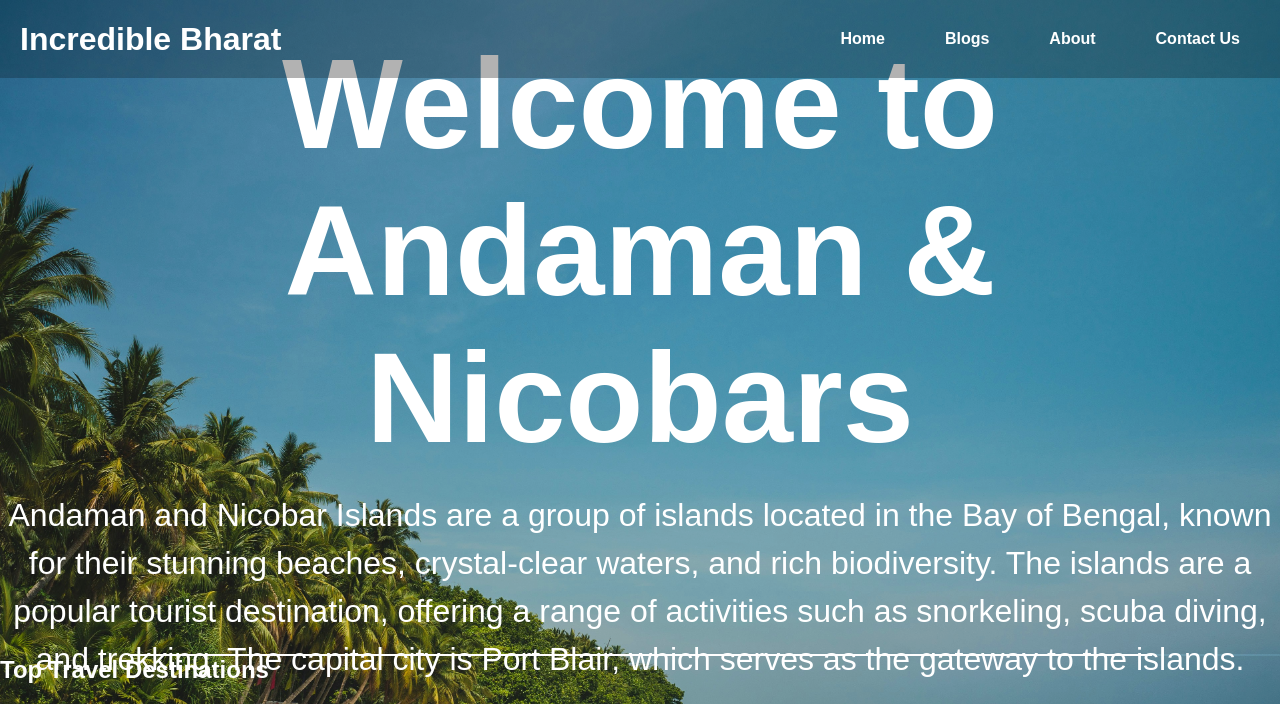
Repository: jaidhiman111/incrediblebharat
Page: destinations/Andaman-Nicobar/Andaman&Nicobar.html
An editor plug-in stored every save of this project. The page is shown before and after the next save, followed by the edit.
The browser window is 1280 px wide. The pictures show the part of the page from y = 0 to 704 px (the page is 1110 px tall before and 1162 px after).
A picture or video elsewhere on the page could not be fetched, so the positions and the page height are approximate.

Above is the page before, as saved 2025-05-01 21:43:42.

### destinations/Andaman-Nicobar/Andaman&Nicobar.html
<!DOCTYPE html>
<html lang="en">

<head>
    <meta charset="UTF-8">
    <link rel="stylesheet" href="/assets/style.css">
    <meta name="viewport" content="width=device-width, initial-scale=1.0">
    <title>Document</title>
</head>

<body class="andaman-nicobar">
    <!-- This is the header of the page. -->
    <header class="header">
        <div class="logo">
            <h1>Incredible Bharat</h1>
        </div>
        <div class="nav">
            <nav>
                <ul>
                    <li>
                        <a href="/index.html">Home</a>
                        <a href="#">Blogs</a>
                        <a href="#">About</a>
                        <a href="#">Contact Us</a>
                    </li>
                </ul>
            </nav>
        </div>
    </header>
    <!-- This is the main content of the page. -->
    <main class="main-container">
        <section class="hero-section">
            <h2>Welcome to Andaman & Nicobars</h2>
            <p>Andaman and Nicobar Islands are a group of islands located in the Bay of Bengal, known for their stunning
                beaches, crystal-clear waters, and rich biodiversity. The islands are a popular tourist destination,
                offering a range of activities such as snorkeling, scuba diving, and trekking. The capital city is Port
                Blair, which serves as the gateway to the islands.</p>
        </section>
        <hr>
        <section id="travel-slider">
            <h2>Top Travel Destinations</h2>
            <div class="slider-container">
              <button class="slide-btn left" onclick="slideLeft('travel')">&#10094;</button>

              <div class="slider" id="travel-slider-track">
                <div class="slide">
                  <img src="images/radhanagar.jpg" alt="Radhanagar Beach">
                  <h3>Radhanagar Beach</h3>
                  <p>One of Asia's best beaches with powdery white sand and turquoise waters.</p>
                </div>
                <div class="slide">
                  <img src="images/cellular-jail.jpg" alt="Cellular Jail">
                  <h3>Cellular Jail</h3>
                  <p>Historical monument with a light & sound show on India's freedom struggle.</p>
                </div>
                <div class="slide">
                  <img src="images/elephant-beach.jpg" alt="Elephant Beach">
                  <h3>Elephant Beach</h3>
                  <p>Snorkeling and water activities paradise on Havelock Island.</p>
                </div>
                <!-- Add more slides here -->
              </div>

              <button class="slide-btn right" onclick="slideRight('travel')">&#10095;</button>
            </div>
          </section>
    </main>
    <!-- This is the footer of the page. -->
    <footer class="footer">
        <div>
            <p>&copy; 2023 Incredible Bharat. All rights reserved.</p>
        </div>
        <div>
            <p>Follow us on:
                <a href="#">Facebook</a> |
                <a href="#">Twitter</a> |
                <a href="#">Instagram</a>
        </div>
    </footer>
</body>

</html>

### assets/style.css
* {
    box-sizing: border-box;
    margin: 0;
    padding: 0;
}

.home {
    font-family: Arial, sans-serif;
    background-image: url('/media/bg-cover.jpg');
    background-size: cover;
    background-repeat: no-repeat;
    background-position: center;
    color: #fff;
}

.andaman-nicobar {
    font-family: Arial, sans-serif;
    background-image: url('/media/andaman.jpg');
    background-size: cover;
    background-repeat: no-repeat;
    background-position: center;
    color: #fff;
}


/* This is for header */
.header {
    background-color: rgba(0, 0, 0, 0.3);
    display: flex;
    justify-content: space-between;
    align-items: center;
    padding: 20px;
    position: sticky;
    top: 0;
    text-align: center;
}

li {
    list-style: none;
    display: flex;
    gap: 20px;
}

li a {
    padding: 10px 20px;
    border-radius: 5px;
    text-decoration: none;
    color: #fff;
    font-weight: bold;
}

li a:hover {
    color: #fff;
    transform: scale(1.1);}

/* This is for section */
section{
    background-color: rgba(0, 0, 0, 0.1);
}

.hero-section {
    display: flex;
    flex-direction: column;    /* stack items vertically */
    justify-content: center;   /* center vertically */
    align-items: center;       /* center horizontally */
    height: 80vh;
    text-align: center;
}

.hero-section h2 {
    font-size: 8rem;
    margin-bottom: 20px;
}

.hero-section p{
    font-size: 2rem;
    margin-bottom: 20px;
    max-width: 100rem;         /* limit the width of the paragraph */
    line-height: 1.5;        /* improve readability */
}

.hero-section a {
    text-decoration: none;
    color: #fff;
    font-size: 1.5rem;
    margin-bottom: 20px;
}

.hero-section a:hover {
    color: #fff;
    text-decoration: underline;
    transform: scale(1.1);
    transition: transform 0.3s ease-in-out;
}

hr {
    width: 80%;
    margin:  auto;
    border: 1px solid #fff;
}

.state-section {
    display: flex;
    flex-direction: column;    /* stack items vertically */
    justify-content: center;
    align-items: center;
    height: 80vh;
    text-align: center;
}

.state-section h2 {
    font-size: 3rem;
    margin-bottom: 20px;
}

.state-button {
    padding: 30px;
    max-width: 100rem;
    margin: 0 auto;
  }

  .state-button button {
    background-color: rgba(0, 0, 0, 0.4);  /* Soft blue */
    backdrop-filter: blur(5px); /* Optional: adds a blur effect to the background */
    border: none;
    border-radius: 8px;
    margin: 10px ;
    padding: 12px 20px;
    cursor: pointer;
    transition: background-color 0.3s ease;
    font-size: 16px;
    font-weight: 500;
  }

  .state-button button a {
    color: #ffffff;
    text-decoration: none;
    display: block;
    width: 100%;
    height: 100%;
  }

  .state-button button:hover {
    background-color: rgba(0, 0, 0, 0.7); /* Darker blue on hover */
    transform: scale(1.1); /* Slightly enlarge the button on hover */
    transition: transform 0.3s ease-in-out;
  }

  .card-section {
    display: flex;
    flex-wrap: wrap; /* Makes it responsive */
    justify-content: center;
    gap: 5rem;
    /* background-color: rgba(0, 0, 0, 0.4); */
    padding: 30px 20px;
    margin: 20px auto;
    max-width: 100%;
    border-radius: 10px;
}

.card {
    background-color: rgba(0, 0, 0, 0.3);
    backdrop-filter: blur(5px); /* Optional: adds a blur effect to the background */
    color: #fff;
    border: 2px solid #014d4e;
    border-radius: 10px;
    width: 15rem;
    height: 20rem;
    display: flex;
    align-items: center;
    justify-content: center;
    font-size: 2rem;
    font-weight: bold;
    cursor: pointer;
    transition: transform 0.3s ease, background-color 0.3s ease;
}

.card:hover {
    background-color: rgba(0, 0, 0, 0.3);
    color: #ffffff;
    transform: scale(1.05);
}


  /* This is for footer */

.footer {
    background-color: rgba(0, 0, 0, 0.3);
    display: flex;
    justify-content: space-between;
    align-items: center;
    padding: 20px;
    position: relative;
    bottom: 0;
    text-align: center;
}

.footer li {
    list-style: none;
    display: flex;
    gap: 20px;
}

.footer a {
    display: inline-block;
    padding: 10px 20px;
    border-radius: 5px;
    text-decoration: none;
    color: #fff;
    font-weight: bold;
}
.footer a:hover {
    color: #fff;
    transform: scale(1.1);

}

/* This is for media queries */
/* --- Andaman & Nicobar Page Enhancements --- */

.slider-container {
    position: relative;
    max-width: 100%;
    overflow: hidden;
    margin: 40px auto;
    padding: 0 40px;
  }

  .slider {
    display: flex;
    transition: transform 0.5s ease;
    max-width: 80%;
  }

  .slide {
    min-width: 300px;
    max-width: 300px;
    margin: 0 10px;
    background: rgba(0, 0, 0, 0.4);
    border-radius: 12px;
    overflow: hidden;
    box-shadow: 0 4px 10px rgba(0,0,0,0.1);
    text-align: center;
  }

  .slide img {
    width: 100%;
    height: 180px;
    object-fit: cover;
  }

  .slide h3 {
    margin: 10px 0 5px;
  }

  .slide p {
    padding: 0 10px 15px;
    font-size: 0.9rem;
  }

  .slide-btn {
    position: absolute;
    top: 50%;
    transform: translateY(-50%);
    background: #003366;
    color: white;
    border: none;
    font-size: 2rem;
    cursor: pointer;
    padding: 5px 10px;
    z-index: 10;
  }

  .slide-btn.left {
    left: 10px;
  }

  .slide-btn.right {
    right: 10px;
  }

After the next save:
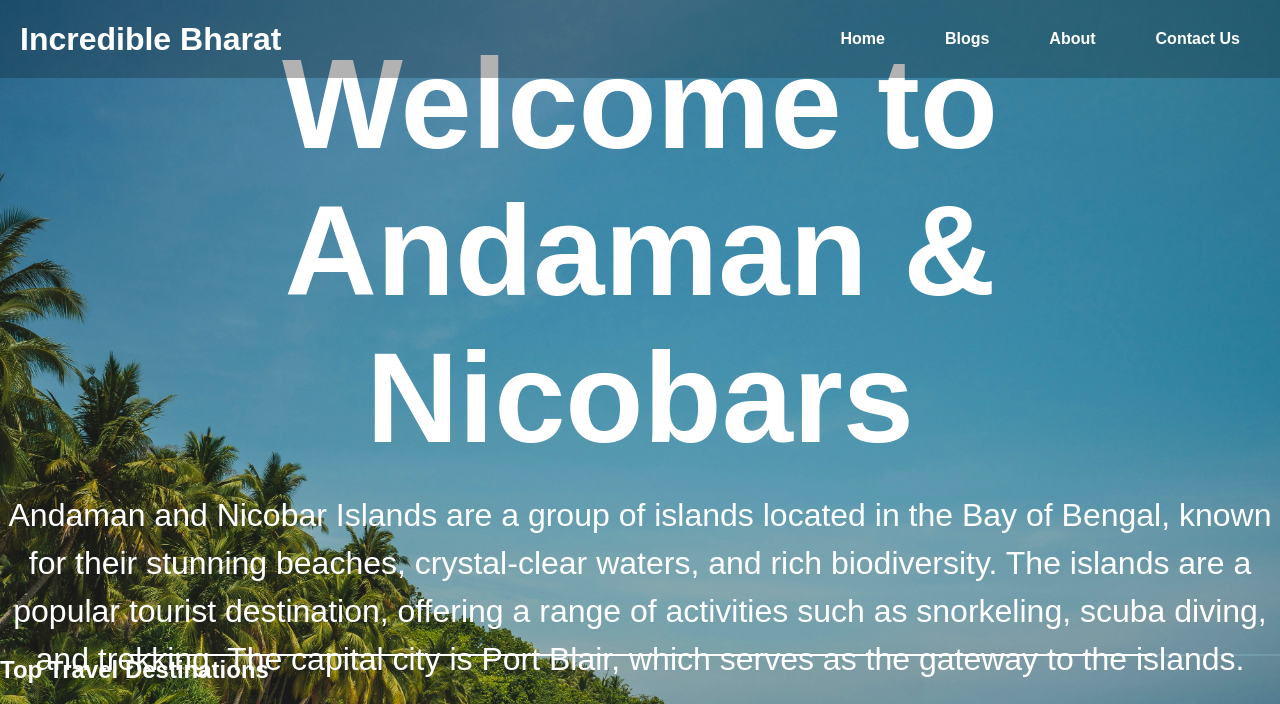
Saved 25 min 38 s later.
--- a/destinations/Andaman-Nicobar/Andaman&Nicobar.html
+++ b/destinations/Andaman-Nicobar/Andaman&Nicobar.html
@@ -43,17 +43,17 @@
               <button class="slide-btn left" onclick="slideLeft('travel')">&#10094;</button>
 
               <div class="slider" id="travel-slider-track">
-                <div class="slide">
+                <div class="card">
                   <img src="images/radhanagar.jpg" alt="Radhanagar Beach">
                   <h3>Radhanagar Beach</h3>
                   <p>One of Asia's best beaches with powdery white sand and turquoise waters.</p>
                 </div>
-                <div class="slide">
+                <div class="card">
                   <img src="images/cellular-jail.jpg" alt="Cellular Jail">
                   <h3>Cellular Jail</h3>
                   <p>Historical monument with a light & sound show on India's freedom struggle.</p>
                 </div>
-                <div class="slide">
+                <div class="card">
                   <img src="images/elephant-beach.jpg" alt="Elephant Beach">
                   <h3>Elephant Beach</h3>
                   <p>Snorkeling and water activities paradise on Havelock Island.</p>
